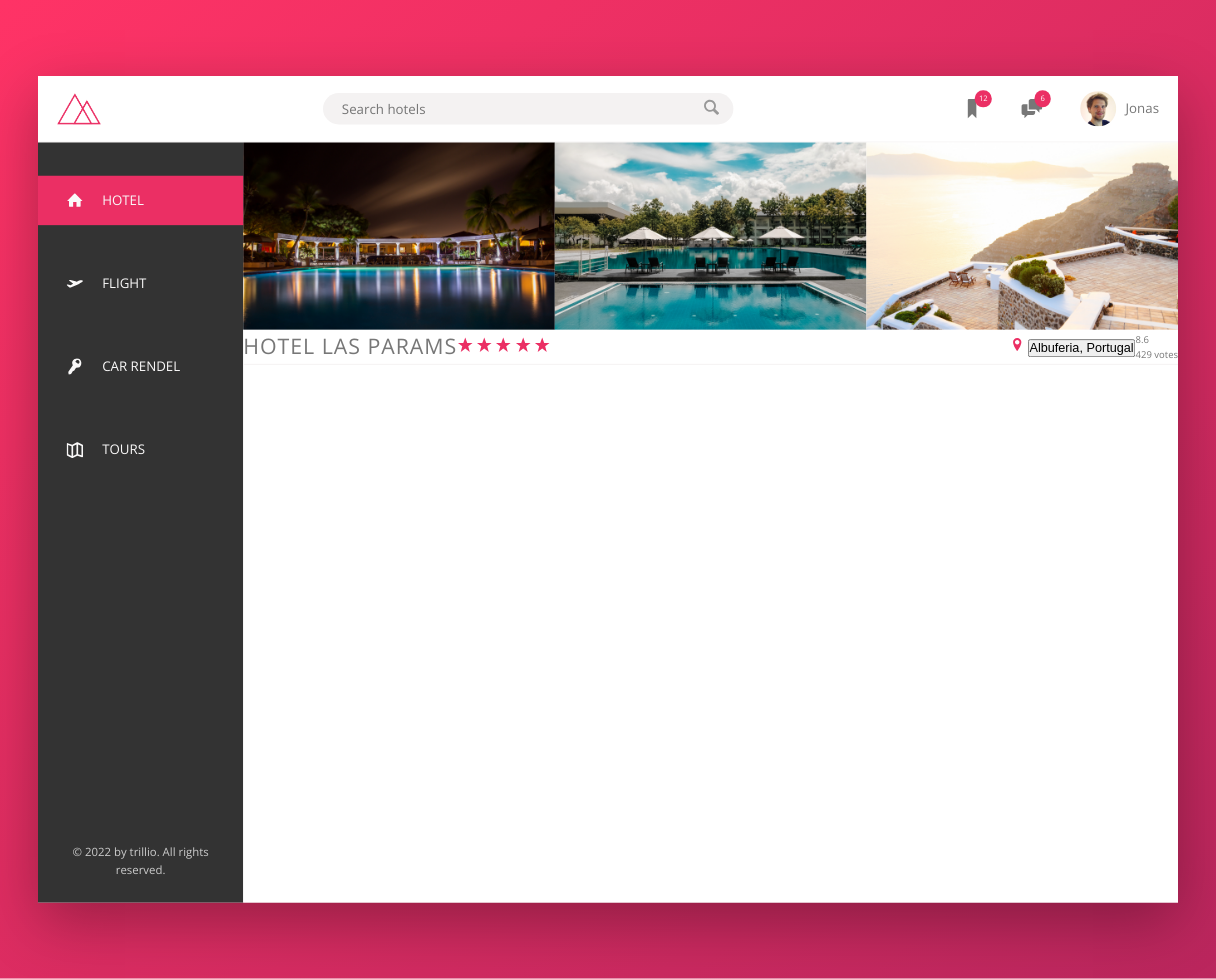
Repository: mohamediyas/flex_website
Page: index.html
An editor plug-in stored every save of this project. The page is shown before and after the next save, followed by the edit.
The browser window is 1280 px wide. The pictures show the whole page, at 95% of full size.
The style sheet was rebuilt from its Sass, Less or Tailwind sources for each picture, by a compiler version that may differ from the author's.

Above is the page before, as saved 2022-08-06 12:59:02.

### index.html
<!DOCTYPE html>
<html lang="en">
  <head>
    <meta charset="UTF-8" />
    <meta name="viewport" content="width=device-width, initial-scale=1.0" />
    <meta http-equiv="X-UA-Compatible" content="ie=edge" />

    <link
      href="https://fonts.googleapis.com/css?family=Open+Sans:300,400,600"
      rel="stylesheet"
    />
    <link rel="stylesheet" href="css/style.css" />
    <link rel="shortcut icon" type="image/png" href="img/favicon.png" />

    <title>nexter &mdash; your home, your freedom</title>
  </head>
  <body>
    <div class="container">
      <header class="header">
        <img src="img/logo.png" alt="trilio logo" class="logo" />
        <form action="#" class="search">
          <input
            type="text"
            class="search__input"
            placeholder="Search hotels"
          />
          <button class="search__button">
            <svg class="search__icon">
              <use xlink:href="img/sprite.svg#icon-magnifying-glass"></use>
            </svg>
          </button>
        </form>

        <nav class="user-nav">
          <div class="user-nav__icon-box">
            <svg class="user-nav__icon">
              <use xlink:href="img/sprite.svg#icon-bookmark"></use>
            </svg>
            <span class="user-nav__notification">12</span>
          </div>
          <div class="user-nav__icon-box">
            <svg class="user-nav__icon">
              <use xlink:href="img/sprite.svg#icon-chat"></use>
            </svg>
            <span class="user-nav__notification">6</span>
          </div>
          <div class="user-nav__user">
            <img
              src="img/user.jpg"
              alt="user image"
              class="user-nav__user-photo"
            />
            <span class="user-nav__user-name">Jonas</span>
          </div>
        </nav>
      </header>
      <div class="content">
        <nav class="sidebar">
          <ul class="side-nav">
            <li class="side-nav__item side-nav__item--active">
              <a href="#" class="side-nav__link">
                <svg class="side-nav__icon">
                  <use xlink:href="img/sprite.svg#icon-home"></use>
                </svg>
                <span>Hotel</span>
              </a>
            </li>
            <li class="side-nav__item">
              <a href="#" class="side-nav__link">
                <svg class="side-nav__icon">
                  <use xlink:href="img/sprite.svg#icon-aircraft-take-off"></use>
                </svg>
                <span>Flight</span>
              </a>
            </li>
            <li class="side-nav__item">
              <a href="#" class="side-nav__link">
                <svg class="side-nav__icon">
                  <use xlink:href="img/sprite.svg#icon-key"></use>
                </svg>
                <span>Car Rendel</span>
              </a>
            </li>
            <li class="side-nav__item">
              <a href="#" class="side-nav__link">
                <svg class="side-nav__icon">
                  <use xlink:href="img/sprite.svg#icon-map"></use>
                </svg>
                <span>Tours</span>
              </a>
            </li>
          </ul>
          <div class="legal">&copy; 2022 by trillio. All rights reserved.</div>
        </nav>
        <main class="hotel">
          <div class="gallery">
            <figure class="gallery__item">
              <img
                src="img/hotel-1.jpg"
                aria-label="home photot"
                alt=""
                class="gallery__photo"
              />
            </figure>

            <figure class="gallery__item">
              <img
                src="img/hotel-2.jpg"
                aria-label="home photot"
                alt=""
                class="gallery__photo"
              />
            </figure>

            <figure class="gallery__item">
              <img
                src="img/hotel-3.jpg"
                aria-label="home photot"
                alt=""
                class="gallery__photo"
              />
            </figure>
          </div>
          <div class="overview">
            <h1 class="overview__heading">Hotel las params</h1>
            <div class="overview__stars">
              <svg class="overview__icon-star">
                <use xlink:href="img/sprite.svg#icon-star"></use>
              </svg>
              <svg class="overview__icon-star">
                <use xlink:href="img/sprite.svg#icon-star"></use>
              </svg>
              <svg class="overview__icon-star">
                <use xlink:href="img/sprite.svg#icon-star"></use>
              </svg>
              <svg class="overview__icon-star">
                <use xlink:href="img/sprite.svg#icon-star"></use>
              </svg>
              <svg class="overview__icon-star">
                <use xlink:href="img/sprite.svg#icon-star"></use>
              </svg>
            </div>
            <div class="overview__location">
              <svg class="overview__icon-location">
                <use xlink:href="img/sprite.svg#icon-location-pin"></use>
              </svg>
              <button class="btn-inline">Albuferia, Portugal</button>
            </div>

            <div class="overview__rating">
              <div class="overview__rating-average">8.6</div>

              <div class="overview__rating-count">429 votes</div>
            </div>
          </div>
        </main>
      </div>
    </div>
  </body>
</html>

### sass/_base.scss
// COLOR VARIABLES

:root {
  --color-primary: #eb2f64;
  --color-primary-light: #ff3366;
  --color-primary-dark: #ba265d;

  --color-grey-light-1: #faf9f9;
  --color-grey-light-2: #f4f2f2;
  --color-grey-light-3: #f0eeee;
  --color-grey-light-4: #ccc;

  --color-grey-dark-1: #333;
  --color-grey-dark-2: #777;
  --color-grey-dark-3: #999;

  --shadow-dark: 0 2rem 6rem rgba(0, 0, 0, 0.3);
  --shadow-light: 0 2rem 5rem rgba(0, 0, 0, 0.06);

  --line: 1px solid var(--color-grey-light-2);
}

* {
  margin: 0;
  padding: 0;
}

*,
*::after,
*::before {
  box-sizing: inherit;
}

html {
  box-sizing: border-box;
  font-size: 62.5%;
}

body {
  background-image: linear-gradient(
    to right bottom,
    var(--color-primary-light),
    var(--color-primary-dark)
  );
  font-family: "Open Sans", sans-serif;
  font-weight: 400;
  line-height: 1.6;
  background-size: cover;
  background-repeat: no-repeat;
  min-height: 100vh;
  color: var(--color-grey-dark-2);
}

### sass/_components.scss
.logo {
  height: 3.25rem;
  margin-left: 2rem;
}

.search {
  flex: 0 0 40%;

  display: flex;
  justify-content: center;
  align-items: center;

  &__input {
    font-family: inherit;
    font-size: inherit;
    background-color: var(--color-grey-light-2);
    border: none;
    color: inherit;
    padding: 0.7rem 2rem;
    border-radius: 100px;
    width: 90%;
    transition: all 0.2s;
    margin-right: -3.25rem;
    &:focus {
      outline: none;
      width: 100%;
      background-color: var(--color-grey-light-3);
    }
  }

  &::-webkit-input-placeholder {
    font-weight: 100;
    color: var(--color-grey-light-4);
  }

  &__input:focus + &__button {
    background-color: var(--color-grey-light-3);
  }

  &__button {
    border: none;
    background-color: var(--color-grey-light-2);

    &:focus {
      outline: none;
    }

    &:active {
      transform: translateY(2px);
    }
  }

  &__icon {
    height: 2rem;
    width: 2rem;
    fill: var(--color-grey-dark-3);
  }
}

.user-nav {
  align-self: stretch;
  display: flex;
  align-items: center;

  & > * {
    padding: 0 2rem;
    cursor: pointer;
    height: 100%;
    display: flex;
    align-items: center;
  }

  & > *:hover {
    background-color: var(--color-grey-light-2);
  }

  &__icon-box {
    position: relative;
  }

  &__icon {
    height: 2.25rem;
    width: 2.25rem;
    fill: var(--color-grey-dark-2);
  }

  &__notification {
    font-size: 0.8rem;
    height: 1.75rem;
    width: 1.75rem;
    border-radius: 50%;
    background-color: var(--color-primary);
    color: #fff;
    position: absolute;
    top: 1.5rem;
    right: 1.1rem;
    display: flex;
    justify-content: center;
    align-items: center;
  }

  &__user {
  }

  &__user-photo {
    height: 3.75rem;
    border-radius: 50%;
    margin-right: 1rem;
  }

  &__user-name {
  }
}

// side navigation

.side-nav {
  font-size: 1.4rem;
  list-style: none;
  margin-top: 3.5rem;

  &__item {
    position: relative;

    &:not(:last-child) {
      margin-bottom: 3.5rem;
    }
  }

  &__item::before {
    content: "";
    position: absolute;
    top: 0;
    left: 0;
    height: 100%;
    width: 3px;
    background-color: var(--color-primary);
    transform: scaleY(0);
    transition: transform 0.2s, width 0.4s cubic-bezier(1, 0, 0, 1) 0.2s;
  }

  &__item:hover:before,
  &__item--active::before {
    transform: scaleY(1);
    width: 100%;
  }

  &__item:active:before {
    background-color: var(--color-primary-light);
  }

  &__link:link,
  &__link:visited {
    color: var(--color-grey-light-1);
    text-decoration: none;
    text-transform: uppercase;
    display: block;
    padding: 1.5rem 3rem;
    z-index: 10;
    position: relative;
    display: flex;
    align-items: center;
  }

  &__link:hover {
    color: white;
  }

  &__icon {
    width: 1.75rem;
    height: 1.75rem;
    margin-right: 2rem;
    fill: currentColor;
  }
}

.legal {
  font-size: 1.2rem;
  text-align: center;
  color: var(--color-grey-light-4);
  padding: 2.5rem;
}

.gallery {
  display: flex;

  &__photo {
    width: 100%;
    display: block;
  }
}

.overview {
  display: flex;
  border-bottom: 1px solid var(--color-grey-light-2);
  align-items: center;

  &__heading {
    font-size: 2.25rem;
    font-weight: 300;
    text-transform: uppercase;
    letter-spacing: 1px;
  }
  &__stars {
    // flex: 1;
    margin-right: auto;
  }
  &__icon-star,
  &__icon-location {
    width: 1.75rem;
    height: 1.75rem;
    fill: var(--color-primary);
  }
  &__location {
  }
  &__rating {
  }
  &__rating-average {
  }
  &__rating-count {
  }
}

### sass/_layout.scss
.container {
  max-width: 120rem;
  margin: 8rem auto;
  background-color: var(--color-grey-light-2);
  box-shadow: var(--shadow-dark);
  min-height: 50rem;
}

.header {
  font-size: 1.4rem;
  height: 7rem;
  background-color: #fff;
  border-bottom: 1px solid var(--color-grey-light-2);
  display: flex;
  justify-content: space-between;
  align-items: center;
}

.content {
  display: flex;
}

.sidebar {
  background-color: var(--color-grey-dark-1);
  flex: 0 0 18%;
  display: flex;
  flex-direction: column;
  justify-content: space-between;
}

.hotel {
  background-color: #fff;
  height: 80rem;
  flex: 1;
}

Loaded but not shown: sass/main.scss (common file)

After the next save:
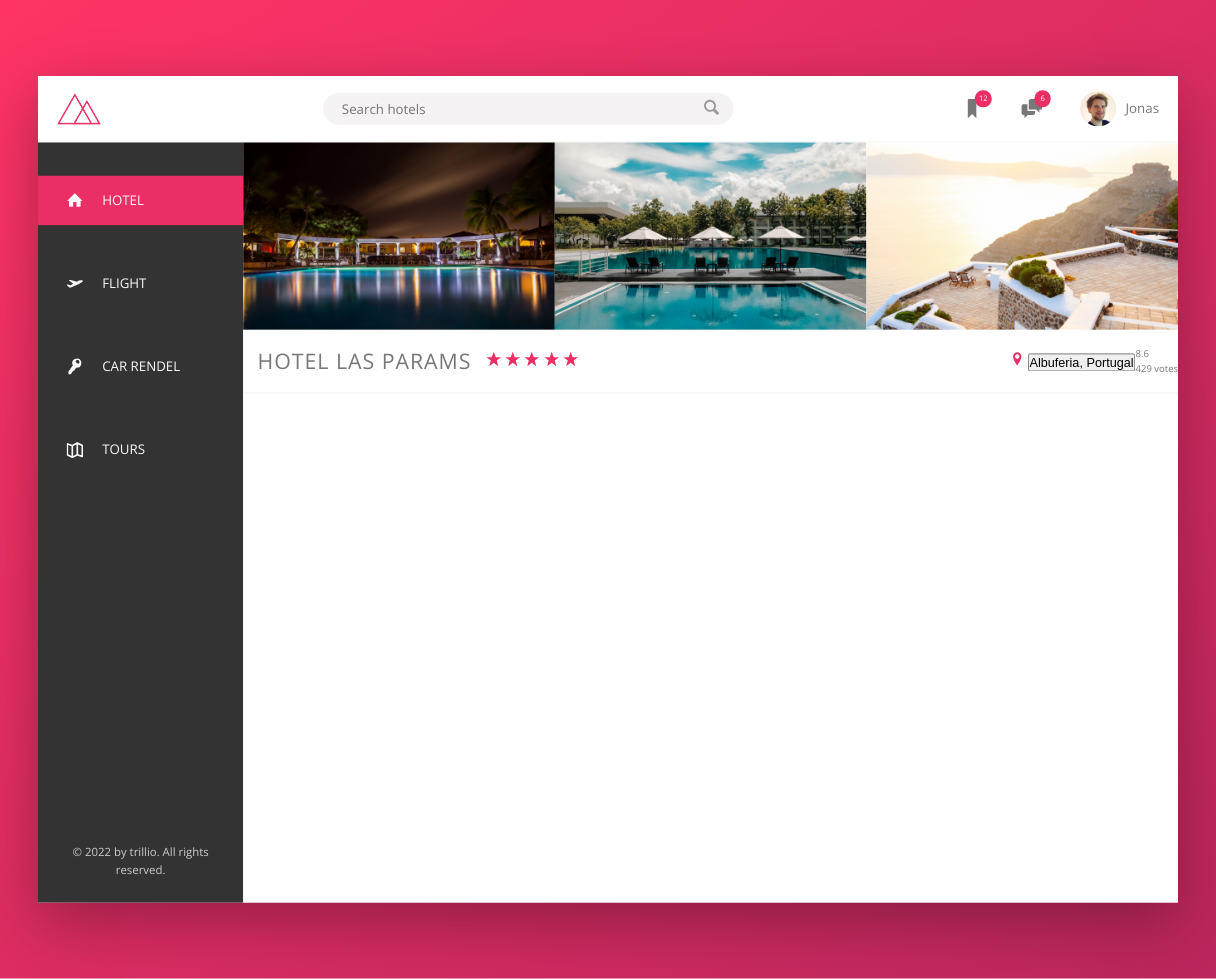
Saved 14 s later.
--- a/sass/_components.scss
+++ b/sass/_components.scss
@@ -200,6 +200,7 @@
     font-weight: 300;
     text-transform: uppercase;
     letter-spacing: 1px;
+    padding: 1.5rem;
   }
   &__stars {
     // flex: 1;
